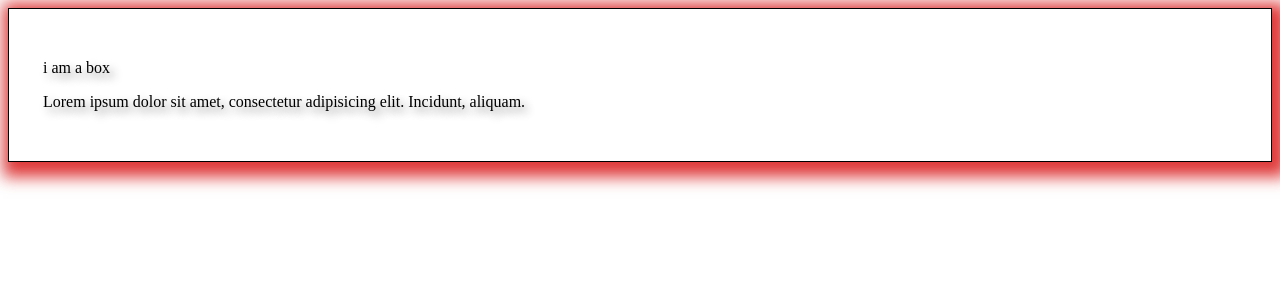
Repository: diensy/Web_dev
Page: Css/Shadows/shadow.html
An editor plug-in stored every save of this project. The page is shown before and after a run of saves, followed by the edit.
The browser window is 1280 px wide. The pictures show the whole page.

Above is the page before, as saved 2024-05-25 20:24:54.

### Css/Shadows/shadow.html
<!DOCTYPE html>
<html lang="en">
  <head>
    <meta charset="UTF-8" />
    <meta name="viewport" content="width=device-width, initial-scale=1.0" />
    <title>shadow</title>
    <link rel="stylesheet" href="shadow.css" />
  </head>
  <body>
    <div class="box">
      <p>i am a box</p>
      <p>
      Lorem ipsum dolor sit amet, consectetur adipisicing elit. Incidunt,
        aliquam.
      </p>
    </div>
  </body>
</html>

### Css/Shadows/shadow.css
.box{
    border: 1px solid black;
    padding: 34px;
    box-shadow: 5px 5px 15px 10px rgba(214, 1, 1, 0.772) ;
}
p{
    text-shadow: 5px 5px 10px #888888;
}

After the next 3 saves:
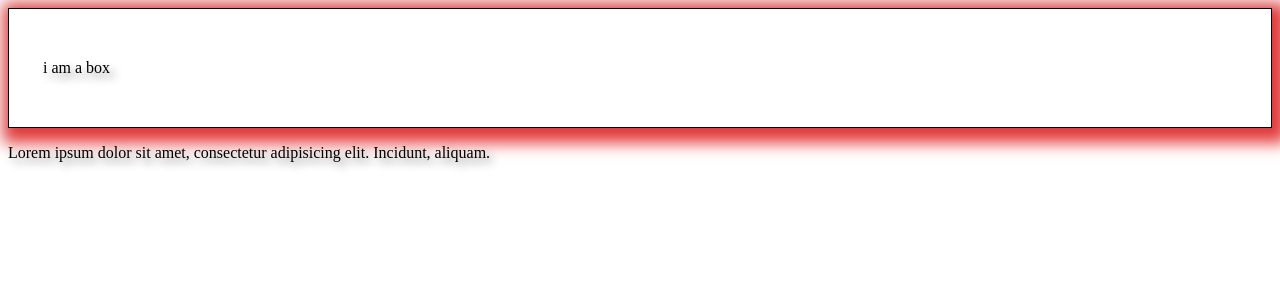
The 3 saves are shown as one change because they came seconds apart.
The last was saved 16 s later.
--- a/Css/Shadows/shadow.html
+++ b/Css/Shadows/shadow.html
@@ -9,10 +9,10 @@
   <body>
     <div class="box">
       <p>i am a box</p>
-      <p>
+    </div>
+    <p>
       Lorem ipsum dolor sit amet, consectetur adipisicing elit. Incidunt,
-        aliquam.
-      </p>
-    </div>
+      aliquam.
+    </p>
   </body>
 </html>
